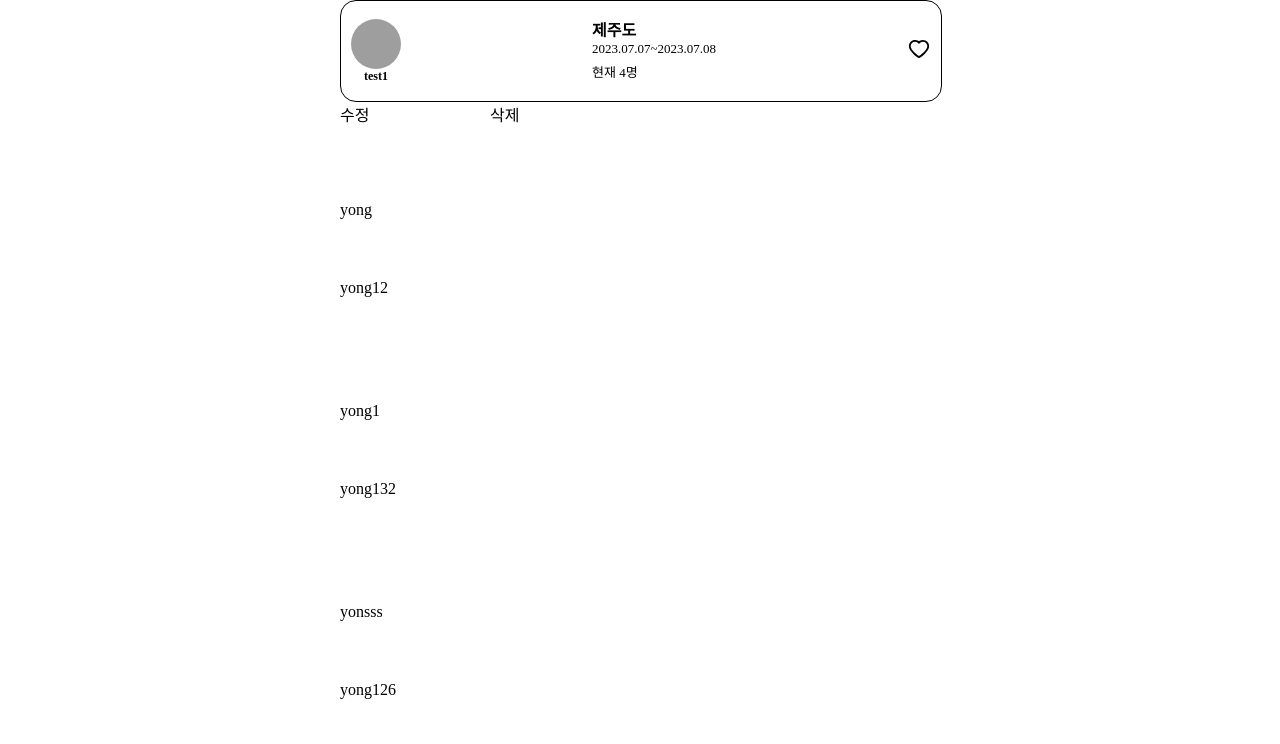
Repository: the-graces/matrip-web
Page: /tripSchedule (app in matrip/)
The author's editor kept a copy of each file at every save. The page is drawn from the files as they stood at one save, then again after the next save.
The browser window is 1280 px wide. The pictures show the whole page.
Pictures or frames that could not be fetched are drawn as grey boxes. The project was rebuilt for these pictures with package versions that can differ from the ones it lists, and the page was loaded fresh each time. Also part of the build but not shown: matrip/src/pages/Main/mainStyle.tsx, matrip/src/pages/Main/Post.tsx, matrip/src/pages/Main/index.tsx, matrip/src/pages/FriendSearch/friendSearchStyle.tsx, matrip/src/pages/FriendSearch/index.tsx, matrip/src/pages/ItineraryInfo/index.scss, matrip/src/pages/ItineraryInfo/itineraryInfoStyle.tsx, matrip/src/pages/ItineraryInfo/index.tsx and 3 more.

Above is the page before, as saved 2023-07-09 12:42:43.

### matrip/src/App.tsx
import React from "react";
import { BrowserRouter, Route, Routes } from "react-router-dom";
import Main from "./pages/Main";

import FriendSearch from "./pages/FriendSearch";
import ItineraryInfo from "./pages/ItineraryInfo";
import UserProfile from "./pages/UserProfile";

import GlobalFonts from "./styles/fonts";
import TripSchedule from "./pages/TripSchedule";

function App() {
   return (
      <BrowserRouter>
         <GlobalFonts />
         <Routes>
            <Route
               path="/"
               element={<Main />}
            />
            <Route
               path="/friendSearch"
               element={<FriendSearch />}
            />
            <Route
               path="/itineraryInfo"
               element={<ItineraryInfo />}
            />
            <Route
               path="/userProfile"
               element={<UserProfile />}
            />
            <Route
               path="/tripSchedule"
               element={<TripSchedule />}
            />
         </Routes>
      </BrowserRouter>
   );
}

export default App;

### matrip/src/styles/fonts/index.js
import { createGlobalStyle } from "styled-components";
import Prentendard from "./Pretendard-Regular.woff2";

export default createGlobalStyle`
@font-face {
    font-family: "Prentendard";
    src: url(${Prentendard}) fromat("woff2");
}`;

### matrip/src/pages/TripSchedule/index.tsx
import React from "react";
import "./index.scss";

import * as iss from "./TripScheduleStyle";
import * as gs from "../../styles/GlobalStyles";
import "./index.scss";
import { fdata } from "../../data/userdata";
import { postdata } from "../../data/postdata";
import { AiOutlineHeart } from "react-icons/ai";

const TripSchedule: React.FC = () => {
  const post = postdata[0];

  return (
    <gs.MainContainer>
      <iss.MainContainer>
        <iss.postBox key={post.id}>
          <iss.profileBox to={"/userProfile"}>
            <iss.profileImgBox>
              <iss.profileImg src={post.imgurl} alt="유저 프로필" />
            </iss.profileImgBox>
            <iss.Nickname>{post.nick}</iss.Nickname>
          </iss.profileBox>
          <iss.postContent to={"/itineraryInfo"}>
            <iss.postTitle>{post.destination}</iss.postTitle>
            <iss.postPeriod>
              {post.startDate}~{post.endData}
            </iss.postPeriod>
            <iss.postPeriod>현재 {post.personnel}명</iss.postPeriod>
          </iss.postContent>
          <div>
            <iss.LikeBtn>
              <AiOutlineHeart size="24" />
            </iss.LikeBtn>
          </div>
        </iss.postBox>

        <iss.TripSchedulePostButton>
          <iss.TripSchedulePostButtonR>수정</iss.TripSchedulePostButtonR>
          <iss.TripSchedulePostButtonL>삭제</iss.TripSchedulePostButtonL>
        </iss.TripSchedulePostButton>

        {fdata.map((friend, index) => (
          <iss.TripScheduleAppList key={index}>
            <iss.TripScheduleAppList>
              <iss.TripScheduleAppList></iss.TripScheduleAppList>
              <iss.TripScheduleAppList>{friend.nick}</iss.TripScheduleAppList>
            </iss.TripScheduleAppList>
            <iss.TripScheduleAppList>
              <iss.TripScheduleAppList>{friend.id}</iss.TripScheduleAppList>
            </iss.TripScheduleAppList>
          </iss.TripScheduleAppList>
        ))}
      </iss.MainContainer>
    </gs.MainContainer>
  );
};

export default TripSchedule;

### matrip/src/styles/GlobalStyles.tsx
import { styled } from "styled-components";

// 전체 화면 컨테이너
export const MainContainer = styled.div`
   width: 100%;
   display: flex;
   justify-content: center;
   font-family: Pretendard;
`;

// 그 안에 들어갈 내용을 감싸는 컨테이너
export const MainBox = styled.div`
   max-width: 600px;
   width: 100%;
   display: flex;
   flex-direction: column;
   align-items: center;

   @media screen and (min-width: 600px) {
      width: 600px;
   }
`;

### matrip/src/data/userdata.ts
export const fdata = [
    {
      nick: 'yong',
      id: 'yong12',
      imgurl:
        'https://img2.daumcdn.net/thumb/R658x0.q70/?fname=https://t1.daumcdn.net/news/202302/21/spotvnews/20230221133133423kfxy.jpg',
      email : "thegracec@asac.com",
      sex : "female",
      birth : "1995.12.12"
    },
    {
      nick: 'yong1',
      id: 'yong132',
      imgurl:
        'https://img2.daumcdn.net/thumb/R658x0.q70/?fname=https://t1.daumcdn.net/news/202302/21/spotvnews/20230221133133423kfxy.jpg',
      email : "thegracec@asac.com",
      sex : "female",
      birth : "1995.12.12"
    },
    {
      nick: 'yonsss',
      id: 'yong126',
      imgurl:
        'https://img2.daumcdn.net/thumb/R658x0.q70/?fname=https://t1.daumcdn.net/news/202302/21/spotvnews/20230221133133423kfxy.jpg',
      email : "thegracec@asac.com",
      sex : "female",
      birth : "1995.12.12"
    },
  ]

### matrip/src/pages/TripSchedule/TripScheduleStyle.tsx
import { Link } from "react-router-dom";
import { styled } from "styled-components";

export const MainContainer = styled.div`
  max-width: 600px;
  width: 100%;


  @media screen and (min-width: 600px) {
    width: 600px;
  }
`;

export const postBox = styled.div`
  width: 100%;
  height: 100px;
  display: flex;
  align-items: center;
  justify-content: space-between;
  border: solid #000 1px;
  border-radius: 16px;
`;

export const profileBox = styled(Link)`
  padding: 0 10px;
  display: flex;
  flex-direction: column;
  align-items: center;
  color: #000;
  text-decoration: none;
`;
export const profileImgBox = styled.div`
  width: 50px;
  height: 50px;
`;

export const profileImg = styled.img`
  width: 100%;
  height: 100%;
  object-fit: cover;
  border-radius: 50%;
`;

export const Nickname = styled.h4`
  font-size: 12px;
  font-weight: 600;
  margin: 0;
`;

export const postContent = styled(Link)`
  color: #000;
  text-decoration: none;
`;

export const postTitle = styled.div`
  font-size: 16px;
  font-weight: 800;
`;

export const postPeriod = styled.div`
  font-size: 13px;
  margin-bottom: 5px;
`;

export const LikeBtn = styled.button`
  border: none;
  background: none;
  cursor: pointer;
  padding: 0 10px;
`;


export const TripSchedulePostButton = styled.div`
    width: 50%;
    display: flex;
    border-radius: 40px;


`
export const TripSchedulePostButtonR = styled.div`
    width: 50%;
    display: flex;
    border-radius: 40px;


`

export const TripSchedulePostButtonL = styled.div`
    width: 50%;
    display: flex;
    border-radius: 40px;


`




export const TripScheduleAppList = styled.div`
  width: 100%;
  margin: 15px 0px;

  display: flex;
  flex-direction: column;
`;

### matrip/src/data/postdata.ts
export const postdata = [
  {
    id: "1",
    nick: "test1",
    imgurl:
      "https://img2.daumcdn.net/thumb/R658x0.q70/?fname=https://t1.daumcdn.net/news/202302/21/spotvnews/20230221133133423kfxy.jpg",
    destination: "제주도",
    startDate: "2023.07.07",
    endData: "2023.07.08",
    personnel: 4,
  },
  {
    id: "2",
    nick: "test2",
    imgurl:
      "https://img2.daumcdn.net/thumb/R658x0.q70/?fname=https://t1.daumcdn.net/news/202302/21/spotvnews/20230221133133423kfxy.jpg",
    destination: "제주도",
    startDate: "2023.07.07",
    endData: "2023.07.08",
    personnel: 4,
  },
  {
    id: "3",
    nick: "test3",
    imgurl:
      "https://img2.daumcdn.net/thumb/R658x0.q70/?fname=https://t1.daumcdn.net/news/202302/21/spotvnews/20230221133133423kfxy.jpg",
    destination: "제주도",
    startDate: "2023.07.07",
    endData: "2023.07.08",
    personnel: 4,
  },
  {
    id: "4",
    nick: "test4",
    imgurl:
      "https://img2.daumcdn.net/thumb/R658x0.q70/?fname=https://t1.daumcdn.net/news/202302/21/spotvnews/20230221133133423kfxy.jpg",
    destination: "제주도",
    startDate: "2023.07.07",
    endData: "2023.07.08",
    personnel: 4,
  },
  {
    id: "5",
    nick: "test5",
    imgurl:
      "https://img2.daumcdn.net/thumb/R658x0.q70/?fname=https://t1.daumcdn.net/news/202302/21/spotvnews/20230221133133423kfxy.jpg",
    destination: "제주도",
    startDate: "2023.07.07",
    endData: "2023.07.08",
    personnel: 4,
  },
];

Loaded but not shown: matrip/public/index.html (common file); matrip/src/index.tsx (common file); matrip/src/index.css (common file); matrip/src/reportWebVitals.ts (common file)

After the next save:
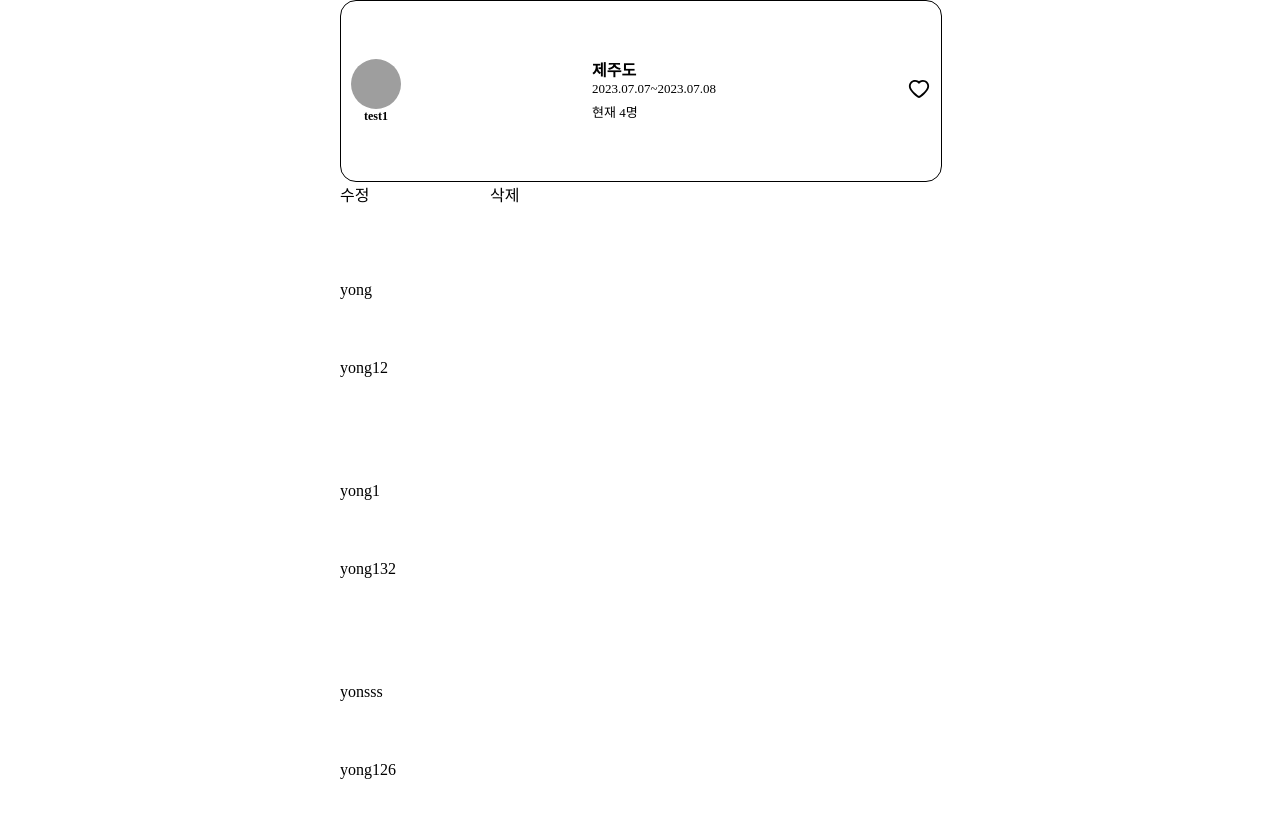
Saved 11 s later.
--- a/matrip/src/pages/TripSchedule/TripScheduleStyle.tsx
+++ b/matrip/src/pages/TripSchedule/TripScheduleStyle.tsx
@@ -13,7 +13,7 @@ export const MainContainer = styled.div`
 
 export const postBox = styled.div`
   width: 100%;
-  height: 100px;
+  height: 180px;
   display: flex;
   align-items: center;
   justify-content: space-between;
